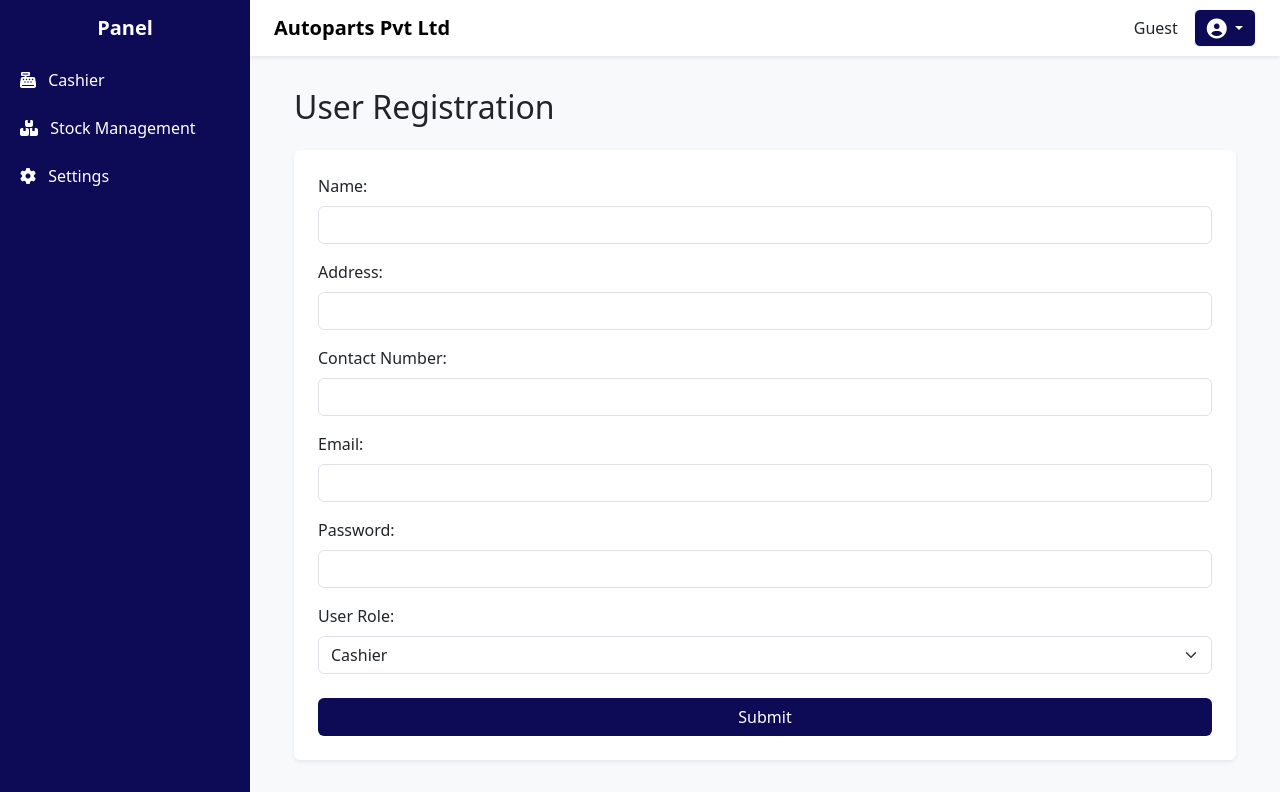
Repository: LakviduUpasara/onlineSparePartsManagementSystem
Page: http://localhost/Spare_parts_Management_Systems/Admin/insert.jsp
An editor plug-in stored every save of this project. The page is shown before and after the next save, followed by the edit.
The browser window is 1280 px wide. The pictures show the whole page.
The page is served by Tomcat 9. Other server files are loaded and not shown.

Above is the page before, as saved 2025-05-15 07:34:47.

### Project/Project/Spare_parts_Management_Systems/src/main/webapp/Admin/insert.jsp
<%@ page language="java" contentType="text/html; charset=UTF-8" pageEncoding="UTF-8"%>
<!DOCTYPE html>
<html lang="en">
<head>
  <meta charset="UTF-8">
  <title>User Registration - Full Trade Support</title>
  <link href="https://cdn.jsdelivr.net/npm/bootstrap@5.3.2/dist/css/bootstrap.min.css" rel="stylesheet">
  <link href="https://cdnjs.cloudflare.com/ajax/libs/font-awesome/6.5.0/css/all.min.css" rel="stylesheet">
  <style>
    body {
      display: flex;
      min-height: 100vh;
      overflow-x: hidden;
    }
    .sidebar {
      width: 250px;
      background-color: #0d0b56;
      color: #fff;
      flex-shrink: 0;
      padding-top: 1rem;
    }
    .sidebar a {
      display: block;
      padding: 12px 20px;
      color: #fff;
      text-decoration: none;
      transition: background 0.3s;
    }
    .sidebar a:hover {
      background-color: #1a1970;
    }
    .sidebar h5 {
      text-align: center;
      margin-bottom: 1rem;
      font-weight: bold;
    }
    .main-content {
      flex-grow: 1;
      background: #f8f9fa;
    }
    .navbar {
      background-color: #ffffff;
      box-shadow: 0 2px 4px rgba(0,0,0,0.1);
    }
    .dashboard-content {
      padding: 2rem;
    }
    .btn {
      background-color: #0d0b56;
      color: white;
    }
    .btn:hover {
      background-color: #1a1970;
    }
  </style>
</head>
<body>

    <% String  userRole = (String) session.getAttribute("userRole"); %>
    <div class="sidebar" id="sidebar">
        <h5 class="text-center fw-bold">
            <%= userRole != null ? userRole + " Panel" : "Panel" %>
        </h5>
        <% if ("Manager".equals(userRole) || "Admin".equals(userRole)) { %>
            <a href="${pageContext.request.contextPath}/dashboard">
                <i class="fas fa-chart-line me-2"></i> Dashboard
            </a>
        <% } %>
        <a href="${pageContext.request.contextPath}/cashier">
            <i class="fas fa-cash-register me-2"></i> Cashier
        </a>
        <% if ("Admin".equals(userRole) || "Manager".equals(userRole)) { %>
            <a href="${pageContext.request.contextPath}/GetAllServlet">
                <i class="fas fa-users me-2"></i> User Management
            </a>
        <% } %>
        <% if (!"Cashier".equals(userRole)) { %>
            <a href="${pageContext.request.contextPath}/item-list">
                <i class="fas fa-boxes me-2"></i> Stock Management
            </a>
        <% } %>
        <% if ("Stock Manager".equals(userRole)) { %>
            <a href="${pageContext.request.contextPath}/order-management">
                <i class="fas fa-shopping-cart me-2"></i> Order Management
            </a>
            <a href="${pageContext.request.contextPath}/item-list">
                <i class="fas fa-box me-2"></i> Item Management
            </a>
        <% } %>
        <% if ("Admin".equals(userRole) || "Manager".equals(userRole)) { %>
            <a href="${pageContext.request.contextPath}/supplier-list">
                <i class="fas fa-truck me-2"></i> Supplier Management
            </a>
        <% } %>
        <a href="#" data-bs-toggle="collapse" data-bs-target="#settingsMenu">
            <i class="fas fa-gear me-2"></i> Settings
        </a>
        <div class="collapse ms-3" id="settingsMenu">
            <a href="${pageContext.request.contextPath}/profile.jsp" class="d-block mt-1">
                <i class="fas fa-sliders-h me-2"></i> Profile
            </a>
        </div>
    </div>

    <div class="main-content w-100">
        <nav class="navbar navbar-expand-lg navbar-light bg-white px-4 shadow-sm">
            <a class="navbar-brand fw-bold" href="#">Autoparts Pvt Ltd</a>
            <div class="ms-auto d-flex align-items-center">
                <%= session.getAttribute("Name") != null ? session.getAttribute("Name") : "Guest" %>
                <div class="dropdown ms-3">
                    <a class="btn btn-light dropdown-toggle" href="#" role="button" data-bs-toggle="dropdown">
                        <i class="fas fa-user-circle fa-lg"></i>
                    </a>
                    <ul class="dropdown-menu dropdown-menu-end">
                        <li><a class="dropdown-item" href="${pageContext.request.contextPath}/profile.jsp"><i class="fas fa-id-badge me-2"></i> Profile</a></li>
                        <li><hr class="dropdown-divider"></li>
                        <li><a class="dropdown-item text-danger" href="${pageContext.request.contextPath}/LogoutServlet"><i class="fas fa-sign-out-alt me-2"></i> Logout</a></li>
                    </ul>
                </div>
            </div>
        </nav>

  <div class="dashboard-content">
    <div class="container">
      <h2 class="mb-4">User Registration</h2>
      <form action="${pageContext.request.contextPath}/InsetServlet" method="post" class="bg-white p-4 rounded shadow-sm">
        <div class="mb-3">
          <label for="name" class="form-label">Name:</label>
          <input type="text" name="name" id="name" class="form-control" required>
        </div>

        <div class="mb-3">
          <label for="address" class="form-label">Address:</label>
          <input type="text" name="address" id="address" class="form-control" required>
        </div>

        <div class="mb-3">
          <label for="contactnumber" class="form-label">Contact Number:</label>
          <input type="text" name="contactnumber" id="contactnumber" class="form-control" required>
        </div>

        <div class="mb-3">
          <label for="email" class="form-label">Email:</label>
          <input type="email" name="email" id="email" class="form-control" required>
        </div>

        <div class="mb-3">
          <label for="password" class="form-label">Password:</label>
          <input type="password" name="password" id="password" class="form-control" required>
        </div>

        <div class="mb-4">
          <label for="userRole" class="form-label">User Role:</label>
          <select name="userRole" id="userRole" class="form-select" required>
            <option value="Cashier">Cashier</option>
            <option value="Stock Manager">Stock Manager</option>
            <option value="Admin">Admin</option>
            <option value="Manager">Manager</option>
          </select>
        </div>

        <button type="submit" class="btn w-100">Submit</button>
      </form>
    </div>
  </div>
</div>

<script src="https://cdn.jsdelivr.net/npm/bootstrap@5.3.2/dist/js/bootstrap.bundle.min.js"></script>
</body>
</html>

After the next save:
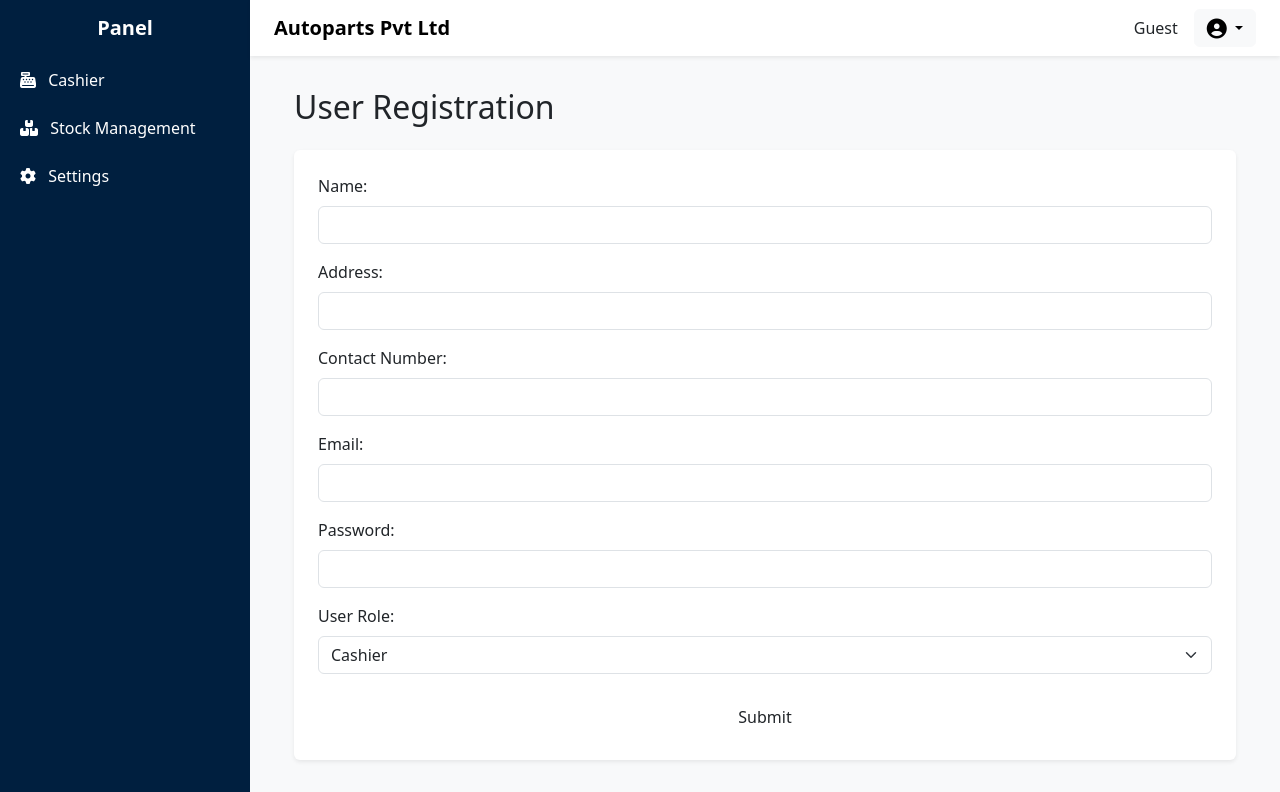
Saved 19 s later.
--- a/Project/Project/Spare_parts_Management_Systems/src/main/webapp/Admin/insert.jsp
+++ b/Project/Project/Spare_parts_Management_Systems/src/main/webapp/Admin/insert.jsp
@@ -7,51 +7,19 @@
   <link href="https://cdn.jsdelivr.net/npm/bootstrap@5.3.2/dist/css/bootstrap.min.css" rel="stylesheet">
   <link href="https://cdnjs.cloudflare.com/ajax/libs/font-awesome/6.5.0/css/all.min.css" rel="stylesheet">
   <style>
-    body {
-      display: flex;
-      min-height: 100vh;
-      overflow-x: hidden;
-    }
-    .sidebar {
-      width: 250px;
-      background-color: #0d0b56;
-      color: #fff;
-      flex-shrink: 0;
-      padding-top: 1rem;
-    }
-    .sidebar a {
-      display: block;
-      padding: 12px 20px;
-      color: #fff;
-      text-decoration: none;
-      transition: background 0.3s;
-    }
-    .sidebar a:hover {
-      background-color: #1a1970;
-    }
-    .sidebar h5 {
-      text-align: center;
-      margin-bottom: 1rem;
-      font-weight: bold;
-    }
-    .main-content {
-      flex-grow: 1;
-      background: #f8f9fa;
-    }
-    .navbar {
-      background-color: #ffffff;
-      box-shadow: 0 2px 4px rgba(0,0,0,0.1);
-    }
-    .dashboard-content {
-      padding: 2rem;
-    }
-    .btn {
-      background-color: #0d0b56;
-      color: white;
-    }
-    .btn:hover {
-      background-color: #1a1970;
-    }
+    body { display: flex; min-height: 100vh; overflow-x: hidden; }
+        .sidebar { width: 250px; background-color: #001f3f; color: #fff; flex-shrink: 0; padding-top: 1rem; }
+        .sidebar a { display: block; padding: 12px 20px; color: #fff; text-decoration: none; transition: background 0.3s; }
+        .sidebar a:hover { background-color: #003366; }
+        .sidebar h5 { text-align: center; margin-bottom: 1rem; font-weight: bold; }
+        .main-content { flex-grow: 1; background: #f8f9fa; }
+        .navbar { background-color: #ffffff; box-shadow: 0 2px 4px rgba(0,0,0,0.1); }
+        .dashboard-content { padding: 2rem; }
+        .custom-header { background-color: #0d0b56; color: white; }
+        .btn-primary { background-color: #0d0b56; border-color: #0d0b56; }
+        .btn-primary:hover { background-color: #003366; border-color: #003366; }
+        .card { border-radius: 8px; box-shadow: 0 2px 8px rgba(0,0,0,0.1); }
+        .chart-container { max-width: 600px; margin: auto; }
   </style>
 </head>
 <body>
